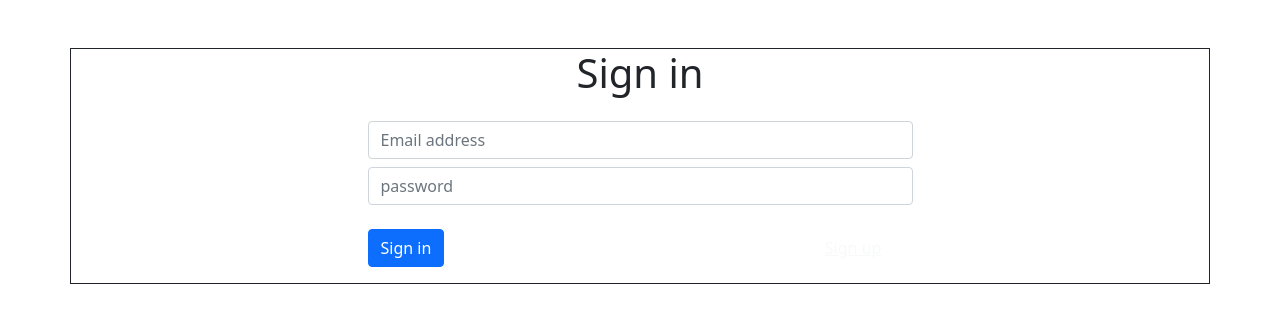
Repository: paresh-art/MyWebsite
Page: http://localhost/com.website/signIn.jsp
The author's editor kept a copy of each file at every save. The page is drawn from the files as they stood at one save, then again after the next save.
The browser window is 1280 px wide. The pictures show the whole page.
The page is served by Tomcat 9. Other server files are loaded and not shown.

Above is the page before, as saved 2022-11-08 08:54:17.

### com.website/src/main/webapp/signIn.jsp
<%@ page language="java" contentType="text/html; charset=UTF-8"
	pageEncoding="UTF-8"%>
<!DOCTYPE html>
<html>
<head>
<meta charset="UTF-8">
<!-- Required meta tags -->
<meta charset="utf-8">
<meta name="viewport" content="width=device-width, initial-scale=1">
<!-- Bootstrap CSS -->
<link
	href="https://cdn.jsdelivr.net/npm/bootstrap@5.0.2/dist/css/bootstrap.min.css"
	rel="stylesheet"
	integrity="sha384-EVSTQN3/azprG1Anm3QDgpJLIm9Nao0Yz1ztcQTwFspd3yD65VohhpuuCOmLASjC"
	crossorigin="anonymous">

<title>Sign in Page</title>
</head>
<body>
	<div class="container mt-5 border border-dark">
		<h1 class="mx-auto text-center">Sign in</h1>
		<form action="home.jsp" class="mt-4" method="post">
			<div class="row">
				<div class="col-lg-6 col-md-8 col-sm-12 mx-auto text-light">
					<input type="text" class="form-control" placeholder="Email address"
						name="email">
				</div>
			</div>

			<div class="row mt-2">
				<div class="col-lg-6 col-md-8 col-sm-12 mx-auto text-light">
					<input type="password" class="form-control" placeholder="password"
						name="password">
				</div>
			</div>
			<br>
			<div class="row mb-3">
				<div class="col-lg-6 col-md-8 col-sm-12 mx-auto text-light">
					<button class="btn btn-primary " type="submit">Sign in</button>
					<a href="signIn.jsp" class="btn btn-link offset-8 text-light">Sign
						up</a>
				</div>

			</div>
		</form>
	</div>

<!-- Optional JavaScript; choose one of the two! -->

	<!-- Option 1: Bootstrap Bundle with Popper -->
	<script
		src="https://cdn.jsdelivr.net/npm/bootstrap@5.0.2/dist/js/bootstrap.bundle.min.js"
		integrity="sha384-MrcW6ZMFYlzcLA8Nl+NtUVF0sA7MsXsP1UyJoMp4YLEuNSfAP+JcXn/tWtIaxVXM"
		crossorigin="anonymous"></script>

	<!-- Option 2: Separate Popper and Bootstrap JS -->
	<!--
    <script src="https://cdn.jsdelivr.net/npm/@popperjs/core@2.9.2/dist/umd/popper.min.js" integrity="sha384-IQsoLXl5PILFhosVNubq5LC7Qb9DXgDA9i+tQ8Zj3iwWAwPtgFTxbJ8NT4GN1R8p" crossorigin="anonymous"></script>
    <script src="https://cdn.jsdelivr.net/npm/bootstrap@5.0.2/dist/js/bootstrap.min.js" integrity="sha384-cVKIPhGWiC2Al4u+LWgxfKTRIcfu0JTxR+EQDz/bgldoEyl4H0zUF0QKbrJ0EcQF" crossorigin="anonymous"></script>
    -->



</body>
</html>

After the next save:
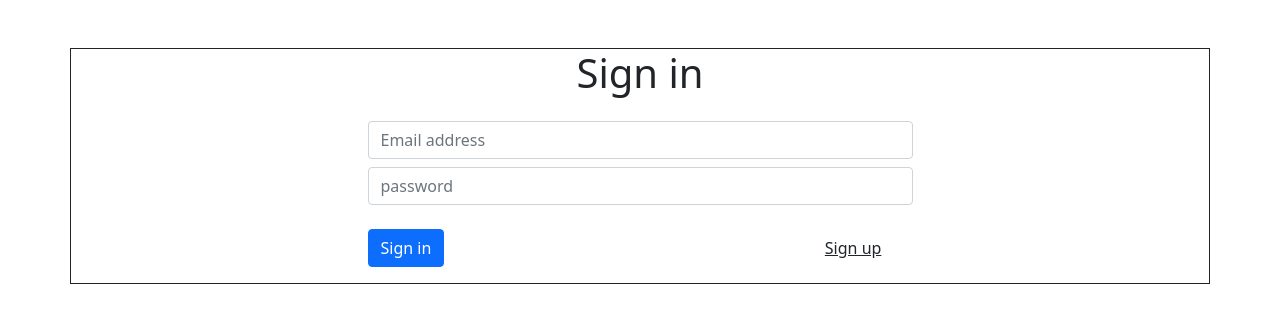
Saved 19 s later.
--- a/com.website/src/main/webapp/signIn.jsp
+++ b/com.website/src/main/webapp/signIn.jsp
@@ -37,7 +37,7 @@
 			<div class="row mb-3">
 				<div class="col-lg-6 col-md-8 col-sm-12 mx-auto text-light">
 					<button class="btn btn-primary " type="submit">Sign in</button>
-					<a href="signIn.jsp" class="btn btn-link offset-8 text-light">Sign
+					<a href="signIn.jsp" class="btn btn-link offset-8 text-dark">Sign
 						up</a>
 				</div>
 
